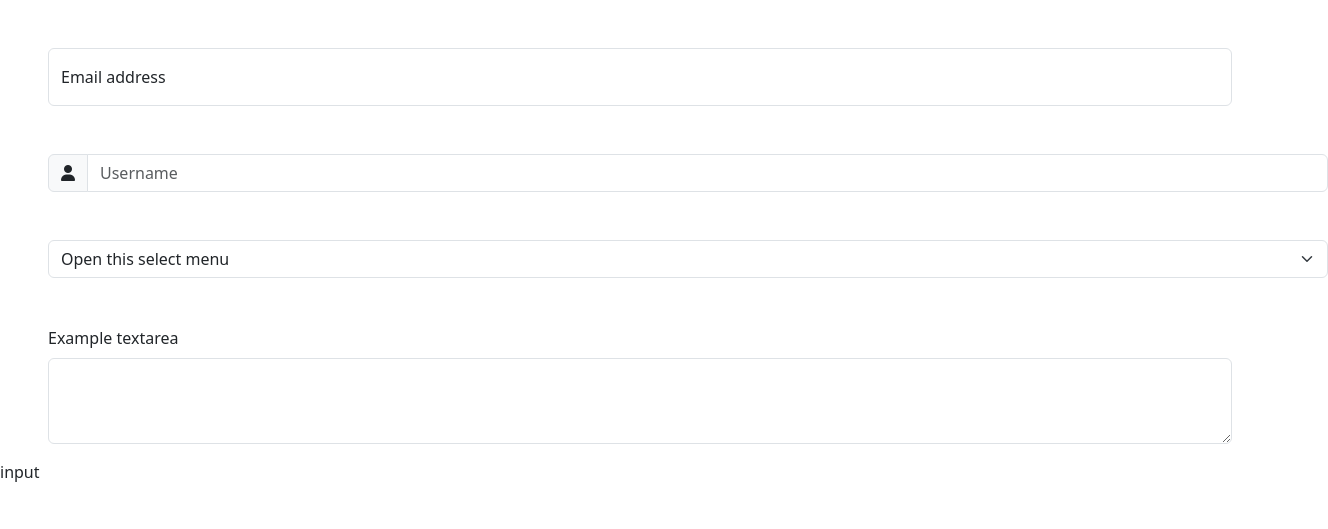
Repository: Riyakashiwala/practical
Page: riya 6th sem/form.html
These files come from the project's save history. The page is drawn as it stood at one moment and after the next save; the edit follows.
The browser window is 1280 px wide. The page is 1328 px wide, so the pictures cover 1328 px, including what lies to the right of the window. The pictures show the whole page.

Above is the page before, as saved 2024-12-12 06:11:50.

After the next save:
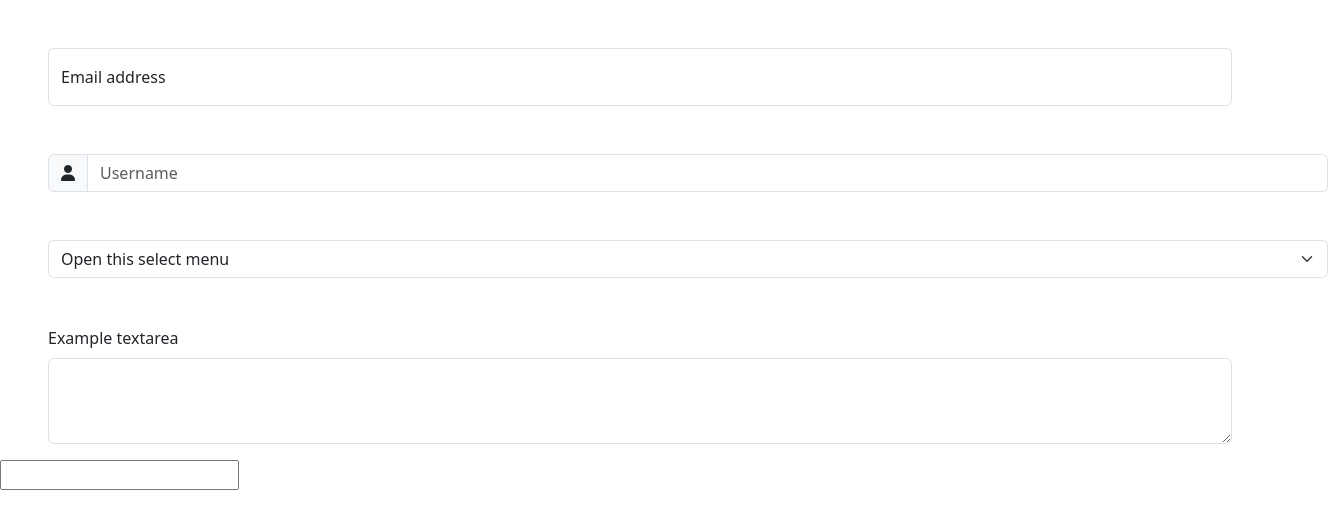
Saved 7 s later.
--- a/riya 6th sem/form.html
+++ b/riya 6th sem/form.html
@@ -31,7 +31,7 @@
         <textarea class="form-control" id="exampleFormControlTextarea1" rows="3"></textarea>
     </div>
 
-    input
+    <input type=">
     <script src="https://cdn.jsdelivr.net/npm/bootstrap@5.3.3/dist/js/bootstrap.bundle.min.js" integrity="sha384-YvpcrYf0tY3lHB60NNkmXc5s9fDVZLESaAA55NDzOxhy9GkcIdslK1eN7N6jIeHz" crossorigin="anonymous"></script>
 </body>
 </html>
